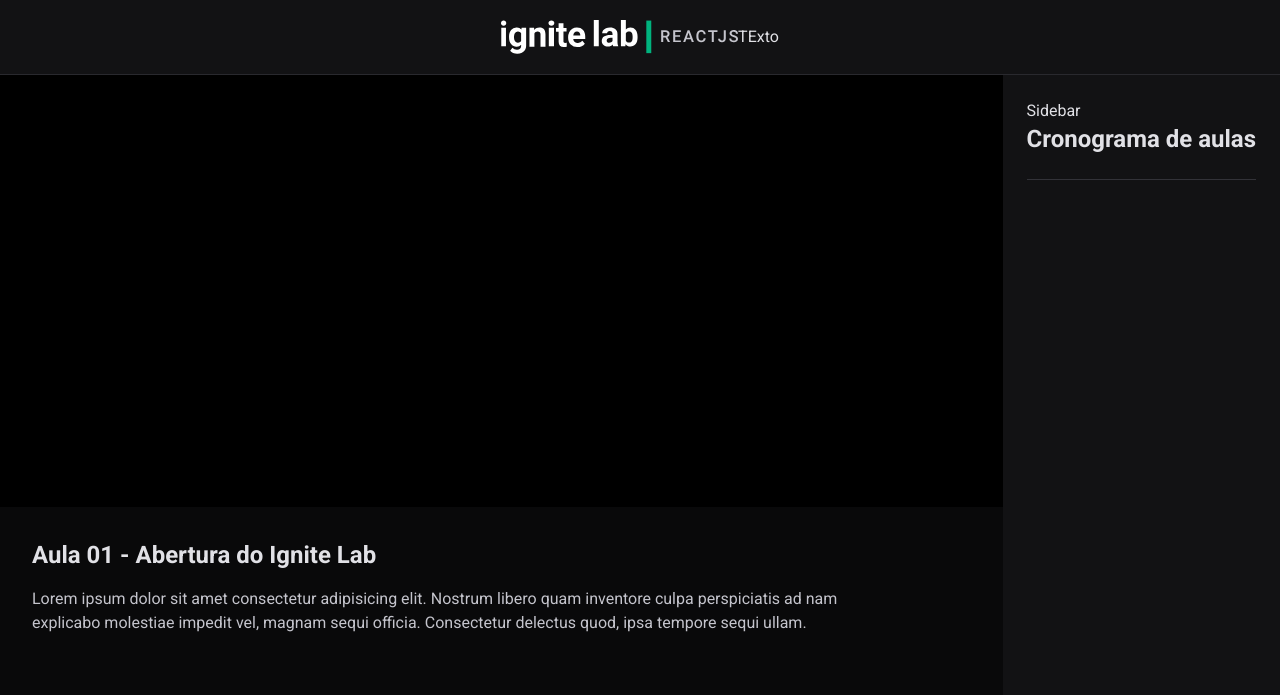
Repository: weltergab/Event_Plataform-IgniteLab
Page: /event
An editor plug-in stored every save of this project. The page is shown before and after the next save, followed by the edit.
The browser window is 1280 px wide. The pictures show the whole page.
The page's requests for data from a server got no answer. The project was rebuilt for these pictures with package versions that can differ from the ones it lists, and the page was loaded fresh each time. No one was signed in, and anything a server would have sent is missing. Also part of the build but not shown: vite.config.ts, src/components/Lesson.tsx.

Above is the page before, as saved 2022-06-25 20:12:39.

After the next save:
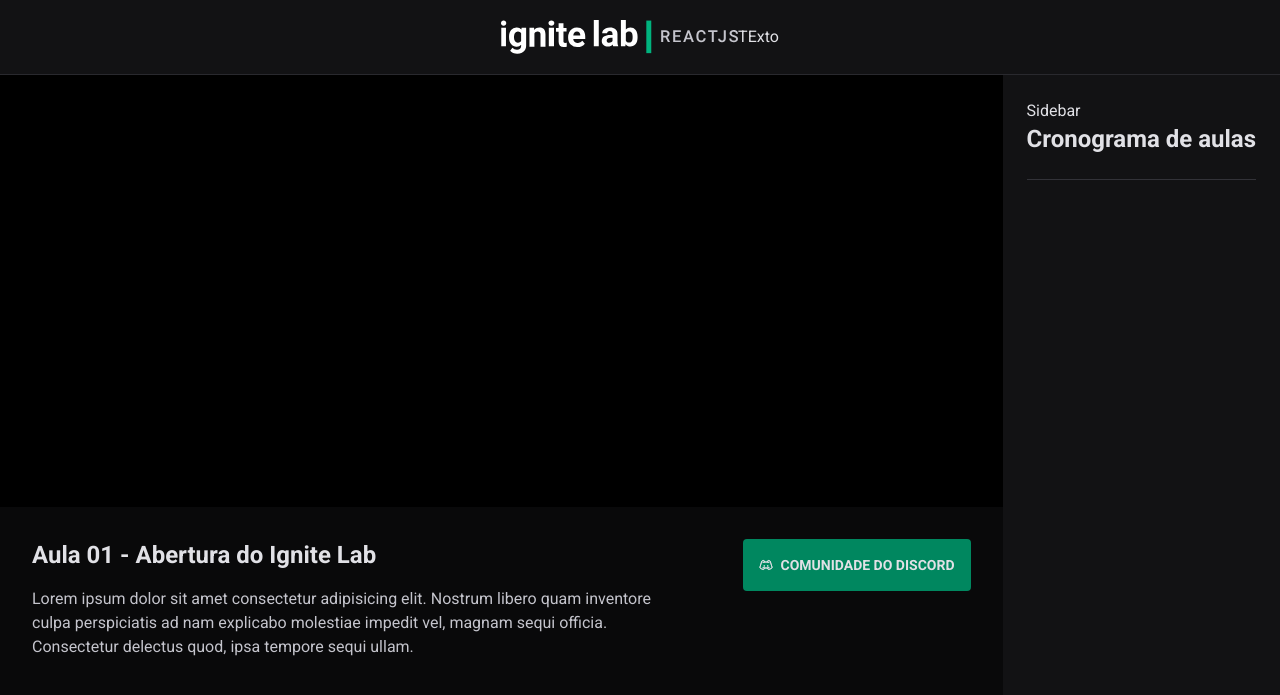
Saved 107 s later.
--- a/src/components/Video.tsx
+++ b/src/components/Video.tsx
@@ -1,3 +1,5 @@
+import { DiscordLogo } from "phosphor-react";
+
 export function Video() {
     return (
         <div className="flex-1">
@@ -15,8 +17,9 @@
                         </p>
                     </div>
                     <div className="flex flex-col gap-4">
-                        <a href="">
-
+                        <a href="" className="p-4 text-sm bg-green-500 flex items-center rounded font-bold uppercase gap-2 justify-center">
+                            <DiscordLogo />
+                            Comunidade do discord
                         </a>
                     </div>
                 </div>
